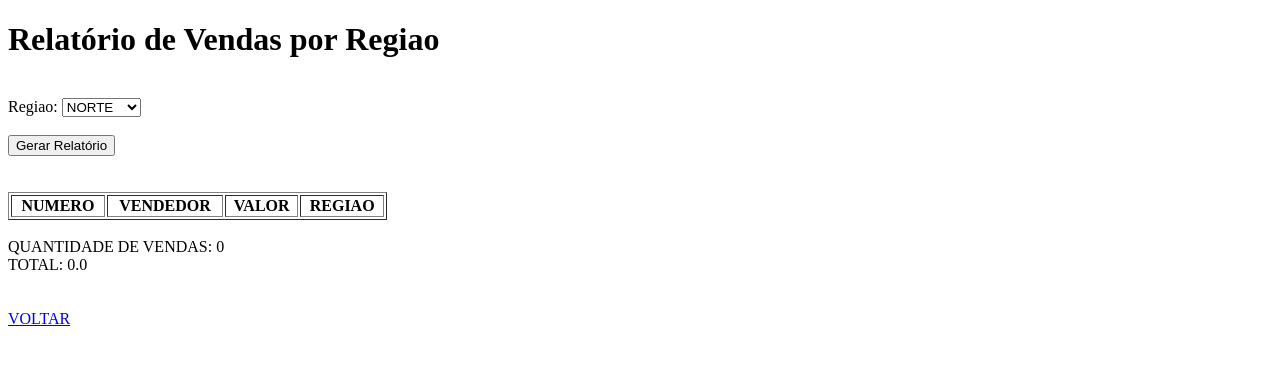
Repository: gabriellacrystina/workspaceWeb
Page: http://localhost/PrjVendas/RelatorioVendasRegiao.jsp
An editor plug-in stored every save of this project. The page is shown before and after the next save, followed by the edit.
The browser window is 1280 px wide. The pictures show the whole page.
The page is served by Tomcat 9.

Above is the page before, as saved 2015-09-23 19:26:53.

After the next save:
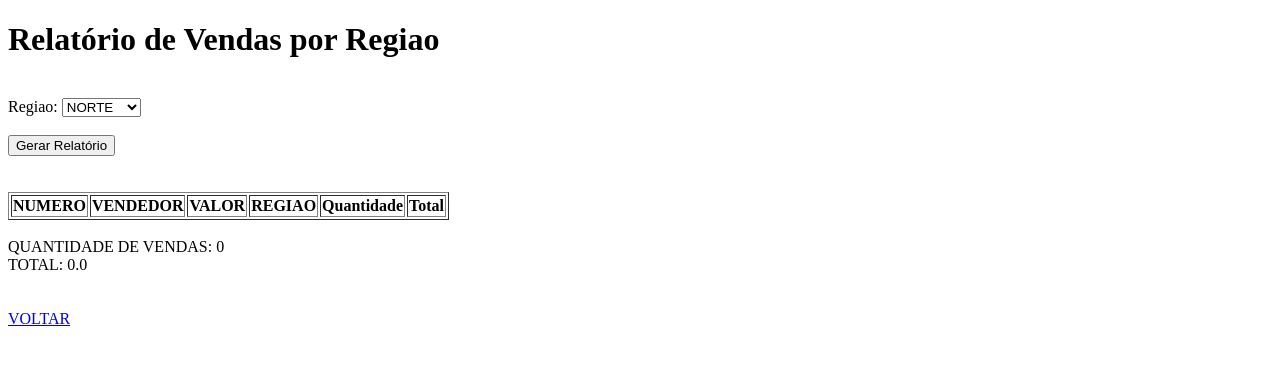
Saved 2 min 24 s later.
--- a/PrjVendas/WebContent/RelatorioVendasRegiao.jsp
+++ b/PrjVendas/WebContent/RelatorioVendasRegiao.jsp
@@ -39,6 +39,8 @@
 					<th>VENDEDOR</th>
 					<th>VALOR</th>
 					<th>REGIAO</th>
+					<th>Quantidade</th>
+					<th>Total</th>
 				</tr>
 			</thead>
 			<%
